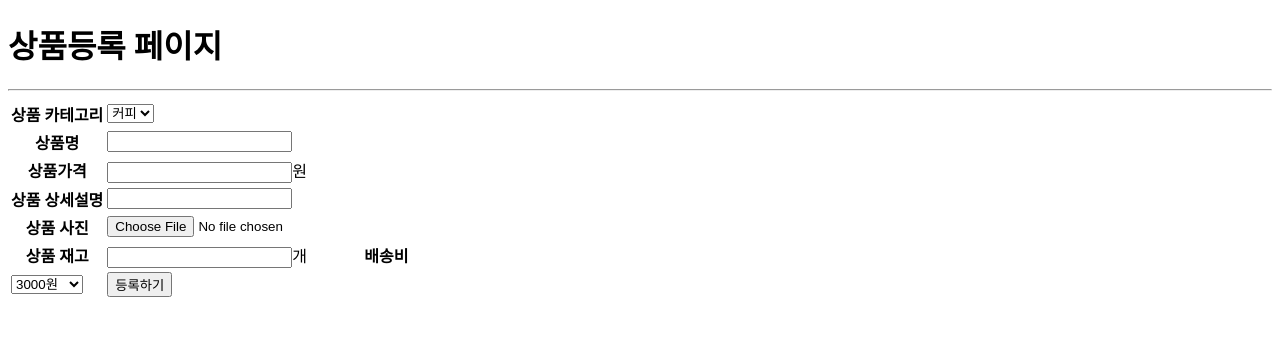
Repository: HJK0000/shoppingMallPrj
Page: http://localhost/shoppingMall/WEB-INF/views/admin/productRegistForm.jsp
These files come from the project's save history. The page is drawn as it stood at one moment and after the next save; the edit follows.
The browser window is 1280 px wide. The pictures show the whole page.
The page is served by Tomcat 10. Nobody is signed in. The template is opened directly, without the code that normally fills it, so the values that code supplies are empty.

Above is the page before, as saved 2024-05-29 03:28:41.
Console error: SyntaxError: Invalid or unexpected token

After the next save:
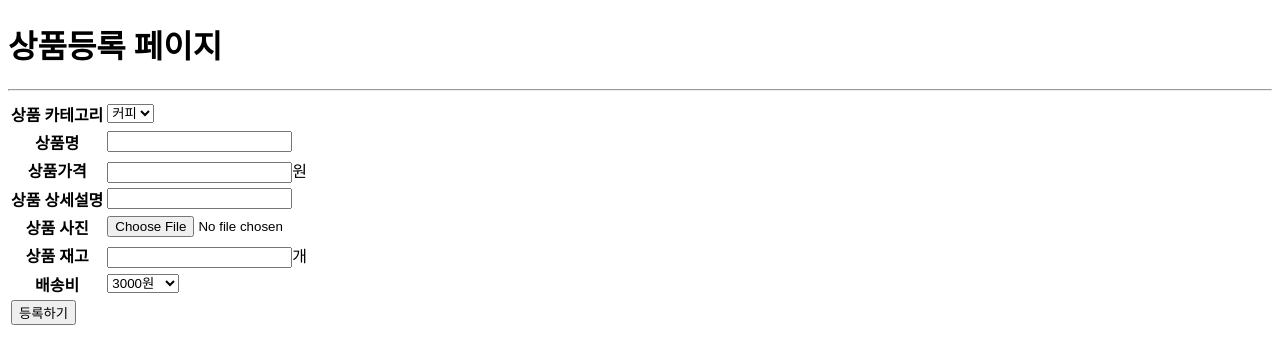
Saved 13 s later.
--- a/shoppingMall/src/main/webapp/WEB-INF/views/admin/productRegistForm.jsp
+++ b/shoppingMall/src/main/webapp/WEB-INF/views/admin/productRegistForm.jsp
@@ -42,8 +42,13 @@
 			<tr>
 				<th>상품 재고</th>
 				<td><input type="text" name="stock_count" required="required">개</td>
+			</tr>
+			<tr>
 				<th>배송비</th>
+					<td><select id="sortOptions"><option value="3000원">3000원</option>
+							<option value="무료배송">무료배송</option></select></td>
 			</tr>
+
 			</thead>
 			<tbody>
 				<tr>
@@ -53,8 +58,7 @@
 
 
 
-					<td><select id="sortOptions"><option value="3000원">3000원</option>
-							<option value="무료배송">무료배송</option></select></td>
+
 					<td><input type="submit" value="등록하기" onclick="submitForm2()" /></td>
 				</tr>
 			</tbody>
